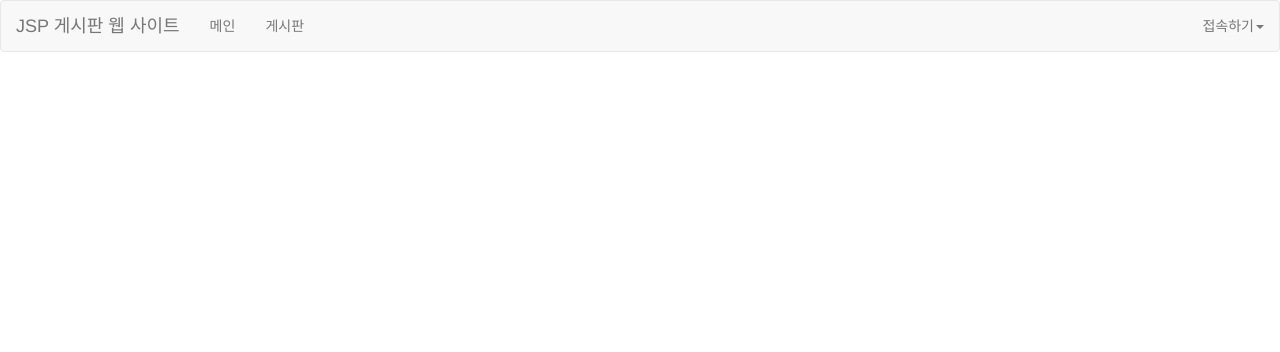
Repository: lihs3443/JSP-Board-System
Page: http://localhost/BBS/join.jsp
These files come from the project's save history. The page is drawn as it stood at one moment and after the next save; the edit follows.
The browser window is 1280 px wide. The pictures show the whole page.
Some web libraries are served in a nearby version. The page is served by Tomcat 9.

Above is the page before, as saved 2022-09-19 06:43:14.

After the next save:
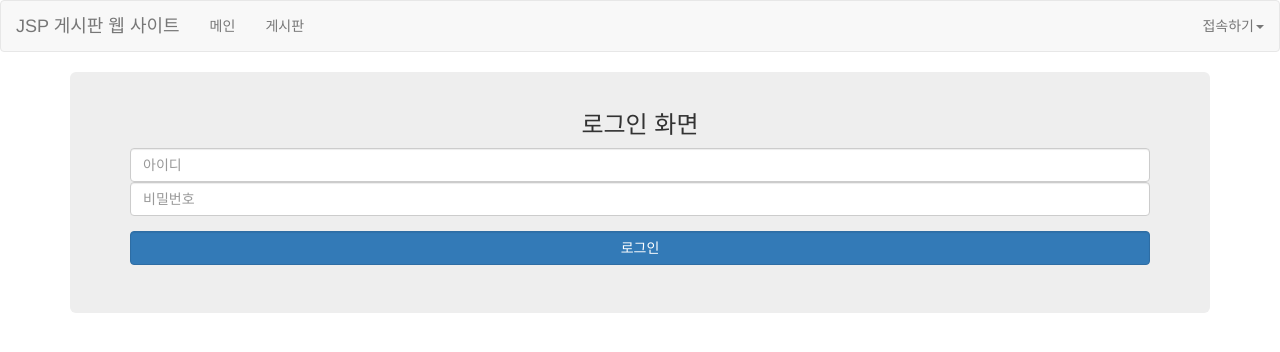
Saved 9 min 2 s later.
--- a/BBS/WebContent/join.jsp
+++ b/BBS/WebContent/join.jsp
@@ -39,6 +39,21 @@
 			</ul>
 		</div>
 	</nav>
+	<div class="container">
+		<div class="col=lg-4"></div>
+		<div class="col=lg-4"></div>
+			<div class="jumbotron" style="padding-top: 20px;">
+			<form method="post" action="loginAction.jsp"> <!-- method="post" - 정보를 숨기면서 보낼 때 사용 -->
+				<h3 style="text-align: center;">로그인 화면</h3>
+				<div class="form-group">
+					<input type="text" class="form-control" placeholder="아이디" name="userID" maxlength="20"> <!-- placeholder : 아무것도 입력되지 않았을 때 나오는 문구 -->
+					<input type="password" class="form-control" placeholder="비밀번호" name="userPassword" maxlength="20">
+				</div>
+				<input type="submit" class="btn btn-primary form-control" value="로그인"> <!-- value: 로그인 버튼이라고 알려주는 것 -->
+			</form>
+			</div>
+		<div class="col=lg-4"></div>
+	</div>
 	<script src="http://code.jquery.com/jquery-3.1.1.min.js"></script>
 	<script src="js/bootstrap.js"></script>
 </body>
